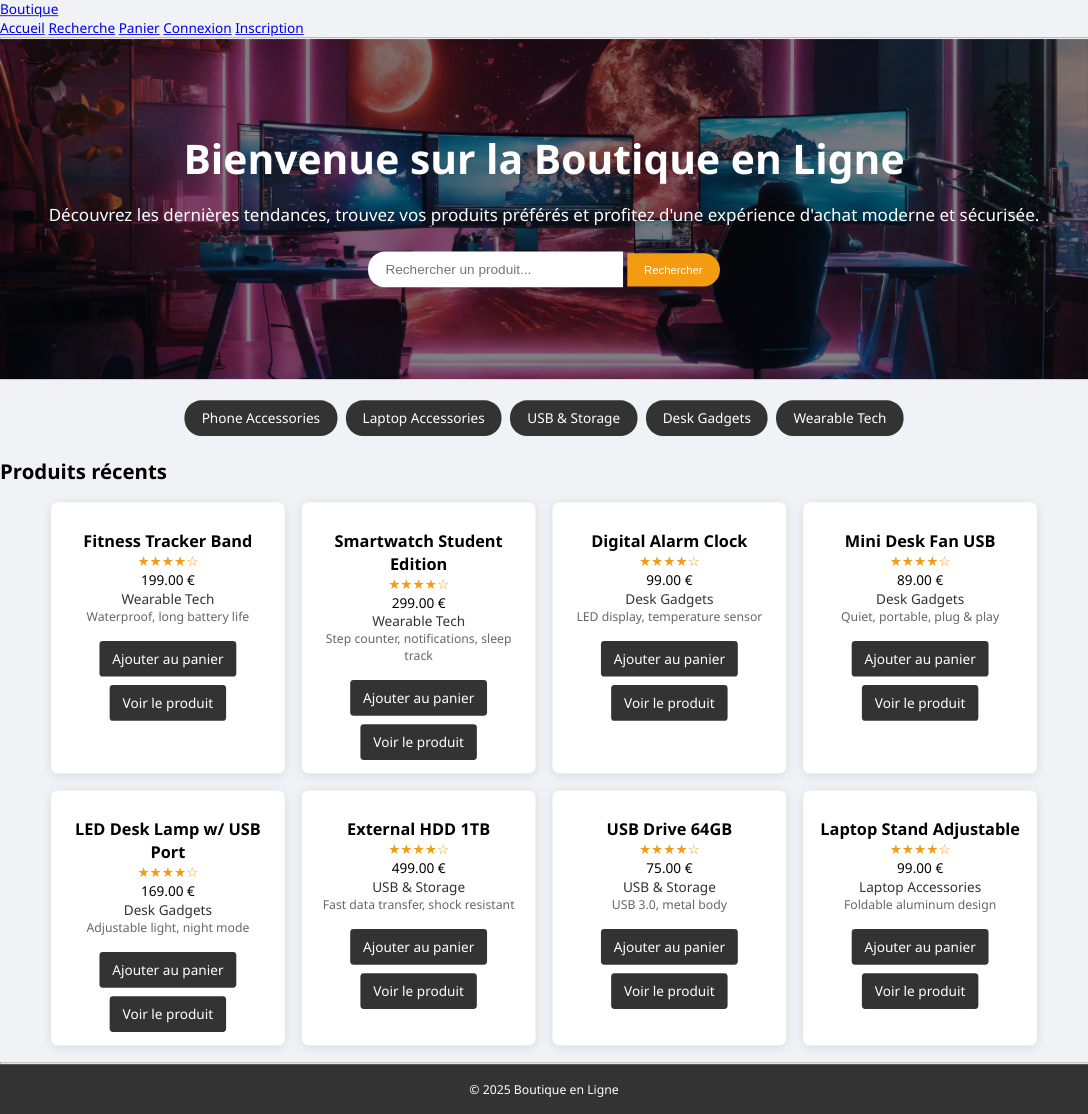
Repository: kiraj-walid/ecomerce
Page: http://localhost/
These files come from the project's save history. The page is drawn as it stood at one moment and after the next save; the edit follows.
The browser window is 1280 px wide. The pictures show the whole page, at 85% of full size.
The page is run by PHP 8.4 with error messages shown; the project is at /var/www/html/. The database holds what the project's SQL file puts in it. Queries for data that is not in the repository find no rows.

Above is the page before, as saved 2025-05-07 15:05:58.

After the next save:
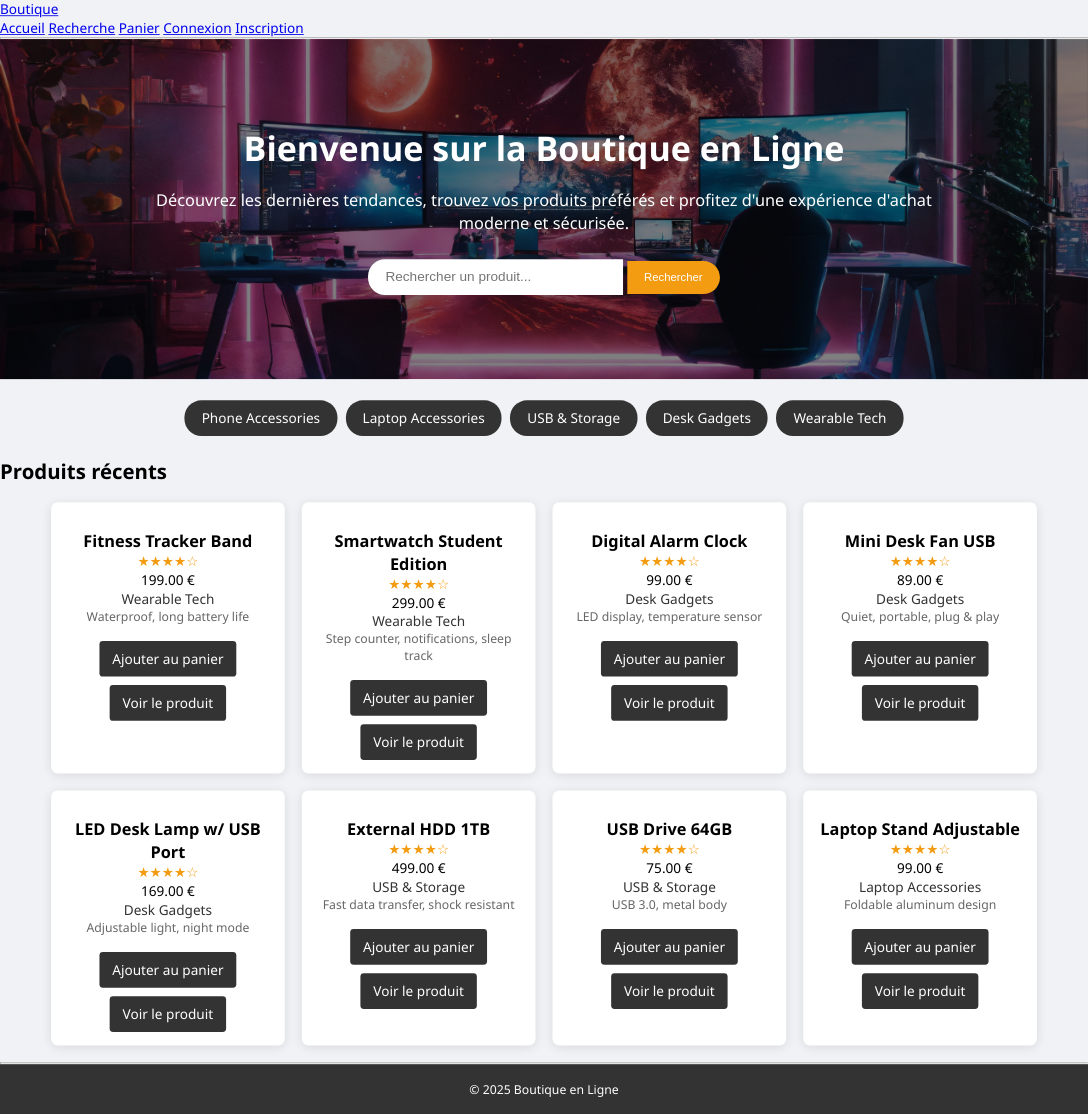
Saved 12 s later.
--- a/assets/css/style.css
+++ b/assets/css/style.css
@@ -22,6 +22,7 @@ body {
     justify-content: center;
     align-items: center;
     text-align: center;
+    overflow: hidden; /* Prevent image from going beyond the section */
 }
 
 .hero-overlay {
@@ -36,15 +37,18 @@ body {
 .hero-content {
     position: relative;
     z-index: 2;
+    padding: 20px;
+    max-width: 80%;
+    margin: 0 auto;
 }
 
 .hero-content h1 {
-    font-size: 3em;
+    font-size: 2.5em;
     margin-bottom: 20px;
 }
 
 .hero-content p {
-    font-size: 1.25em;
+    font-size: 1.2em;
     margin-bottom: 30px;
 }
 
